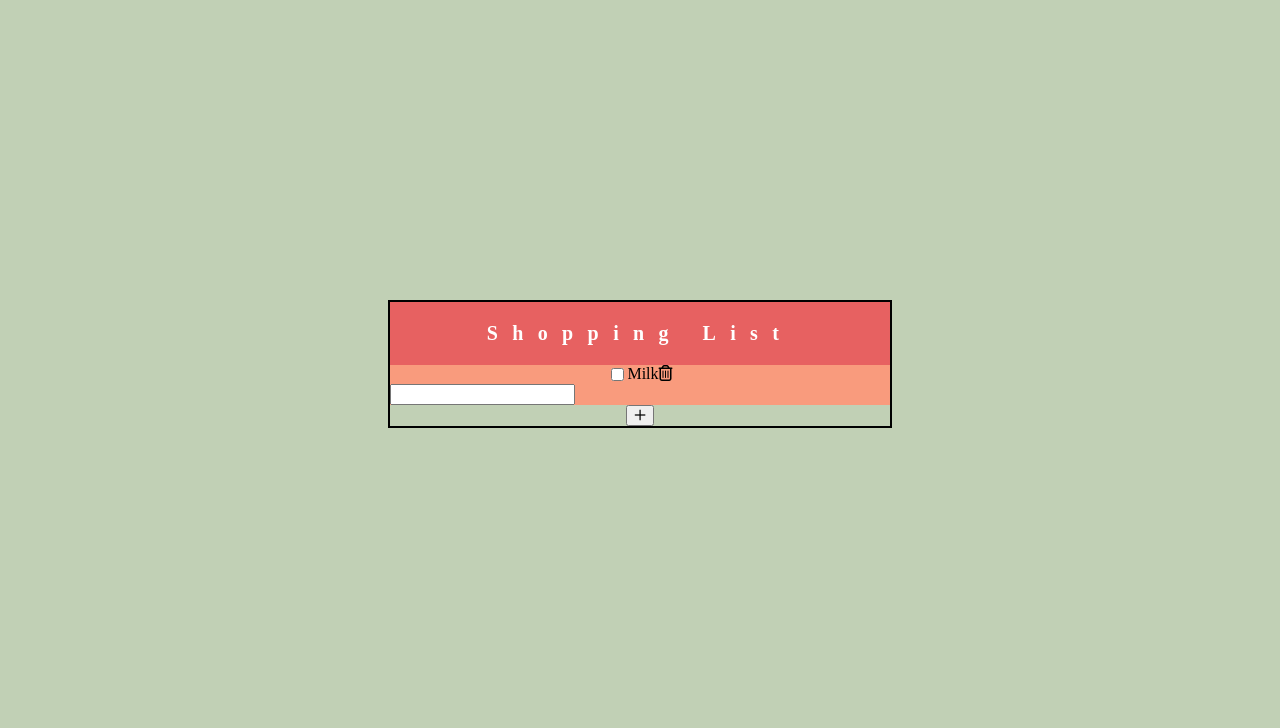
Repository: sephinejo/shopping-list-app
Page: index.html
An editor plug-in stored every save of this project. The page is shown before and after the next save, followed by the edit.
The browser window is 1280 px wide. The pictures show the whole page.
Some web fonts or font styles are not loaded; a fallback is used. Some web libraries are served in a nearby version.

Above is the page before, as saved 2023-05-11 22:21:40.

### index.html
<!DOCTYPE html>
<html lang="en">
  <head>
    <meta charset="UTF-8" />
    <meta http-equiv="X-UA-Compatible" content="IE=edge" />
    <meta name="viewport" content="width=device-width, initial-scale=1.0" />
    <title>Shopping List 🛍️🛒</title>
    <link rel="preconnect" href="https://fonts.googleapis.com" />
    <link rel="preconnect" href="https://fonts.gstatic.com" crossorigin />
    <link rel="preconnect" href="https://fonts.googleapis.com" />
    <link rel="preconnect" href="https://fonts.gstatic.com" crossorigin />
    <link rel="preconnect" href="https://fonts.googleapis.com" />
    <link rel="preconnect" href="https://fonts.gstatic.com" crossorigin />
    <link rel="preconnect" href="https://fonts.googleapis.com" />
    <link rel="preconnect" href="https://fonts.gstatic.com" crossorigin />
    <link
      href="https://fonts.googleapis.com/css2?family=Alice&family=Open+Sans:wght@300;400;700;800&family=Raleway:wght@400;600;700;800&family=Roboto+Mono:wght@300;400;500;700&family=Roboto:wght@400;500&family=Ubuntu:wght@400;700&display=swap"
      rel="stylesheet"
    />
    <script
      src="https://kit.fontawesome.com/9ac80604cb.js"
      crossorigin="anonymous"
    ></script>
    <link rel="stylesheet" href="style.css" />
    <script src="main.js" defer></script>
  </head>
  <body>
    <div class="container">
      <header>
        <p class="title">Shopping List</p>
      </header>
      <main>
        <ul class="items">
          <li class="item">
            <div class="item__title"></div>
            <input class="checkbox" type="checkbox" />
            <label for="item__name">Milk</label>
            <div class="item__delete">
              <i class="fa-regular fa-trash-can"></i>
            </div>
          </li>
        </ul>
        <div class="input">
          <input type="text" />
        </div>
      </main>
      <footer>
        <button class="add">
          <i class="fa-regular fa-plus"></i>
        </button>
      </footer>
    </div>
  </body>
</html>

### style.css
body {
  margin: 0 auto;
  background-color: #c1d0b5;
}

.container {
  margin: 300px auto;
  width: 500px;
  border: 2px solid black;
  display: flex;
  flex-direction: column;
  align-items: center;
}

header {
  width: 100%;
  text-align: center;
  font-family: 'Alice';
  color: white;
  letter-spacing: 0.9rem;
  font-weight: 700;
  font-size: 20px;
  background-color: #e76161;
}

main {
  background-color: #f99b7d;
  width: 100%;
}

ul {
  margin: 0;
  padding: 0;
  display: flex;
  justify-content: space-around;
}

li {
  list-style: none;
  display: flex;
  justify-content: space-between;
}

.input {
}

Loaded but not shown: main.js (no copy from this time; the picture is the same without it)

After the next save:
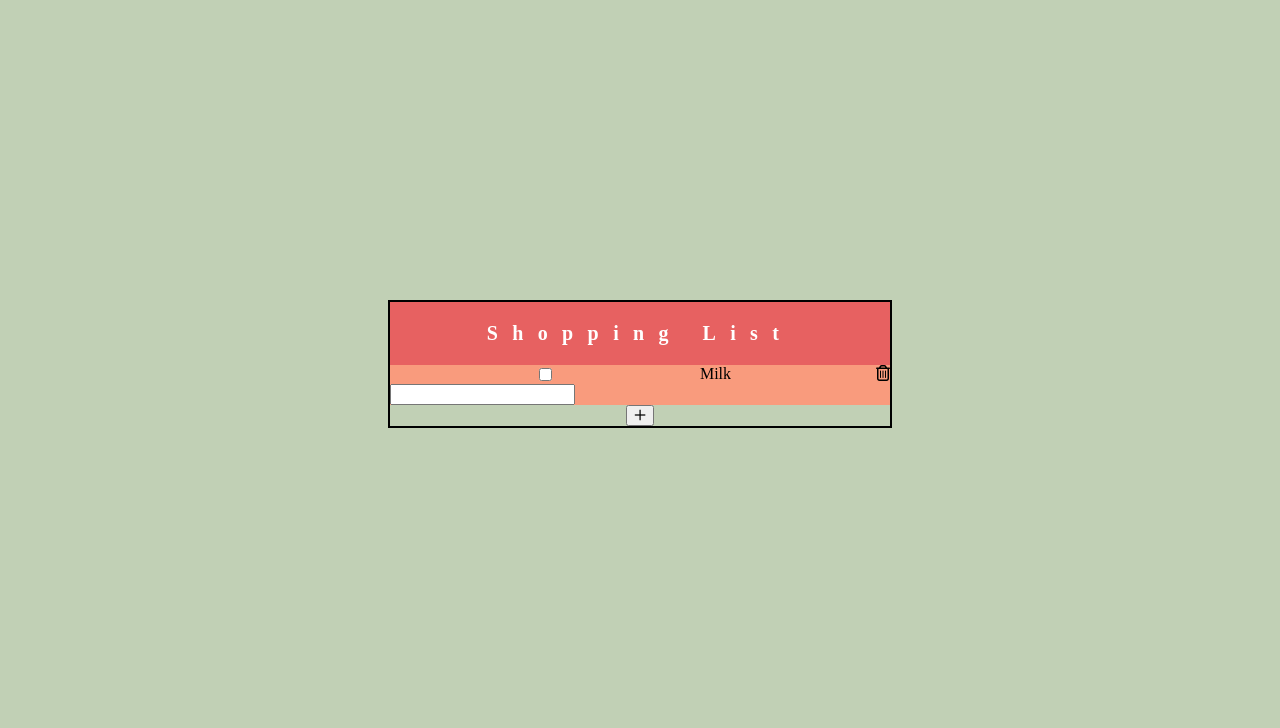
Saved 9 s later.
--- a/style.css
+++ b/style.css
@@ -31,8 +31,6 @@ main {
 ul {
   margin: 0;
   padding: 0;
-  display: flex;
-  justify-content: space-around;
 }
 
 li {
